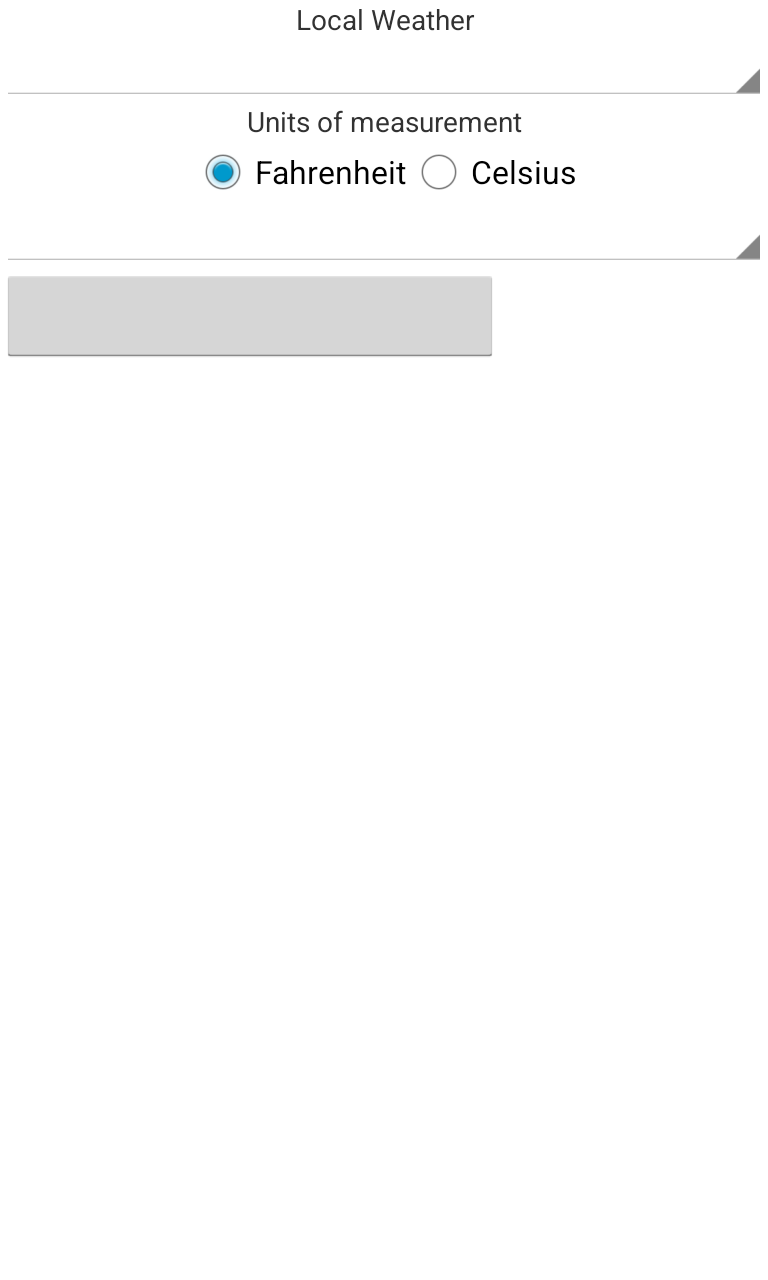
Repository: efreestone/Java1
Layout: Java1Project4/res/layout/activity_main.xml
The author's editor kept a copy of each file at every save. The layout is drawn from the files as they stood at one save, then again after the next save.
It is drawn on a 768 x 1280 px phone screen (xhdpi) without system bars, with theme AppTheme; the app's code is not run.

Above is the layout before, as saved 2014-03-25 21:58:16.

After the next save:
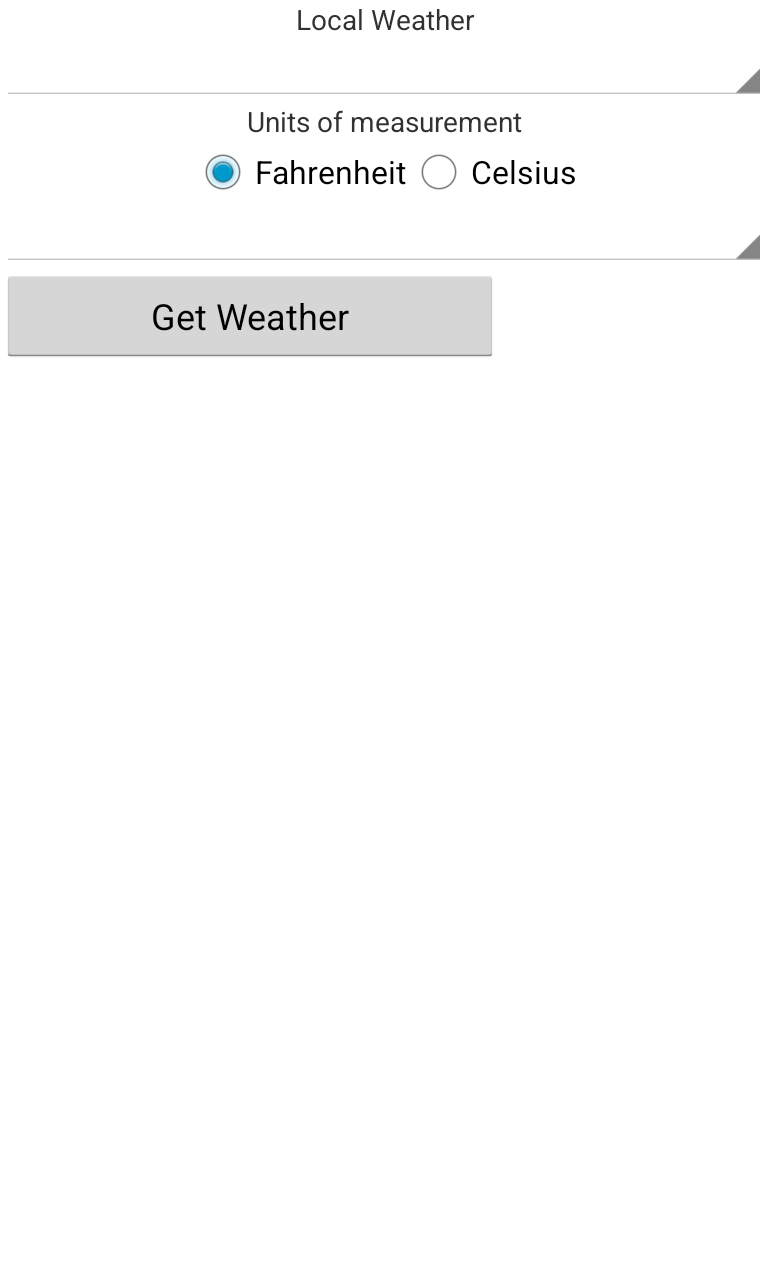
Saved 27 s later.
--- a/Java1Project4/res/layout/activity_main.xml
+++ b/Java1Project4/res/layout/activity_main.xml
@@ -65,7 +65,8 @@
             android:id="@+id/weatherButton"
             android:layout_width="wrap_content"
             android:layout_height="wrap_content"
-            android:width="250dp"/>
+            android:width="250dp"
+            android:text="@string/weatherButtonString"/>
 
     <!-- </LinearLayout> -->
 
